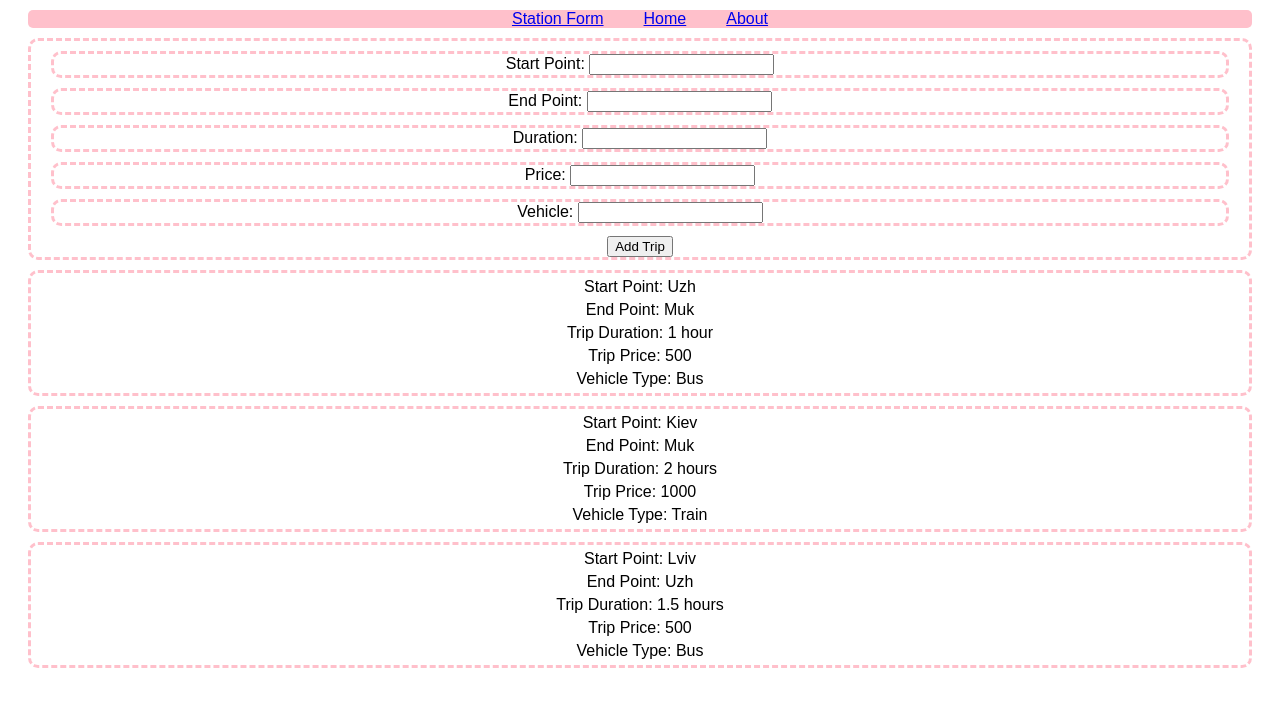
Repository: rutsguifd/mkr2
Page: /#/station-form
An editor plug-in stored every save of this project. The page is shown before and after the next save, followed by the edit.
The browser window is 1280 px wide. The pictures show the whole page.
The project was rebuilt for these pictures with package versions that can differ from the ones it lists, and the page was loaded fresh each time. Also part of the build but not shown: src/views/Home.vue, src/views/About.vue.

Above is the page before, as saved 2021-12-21 20:36:39.

After the next save:
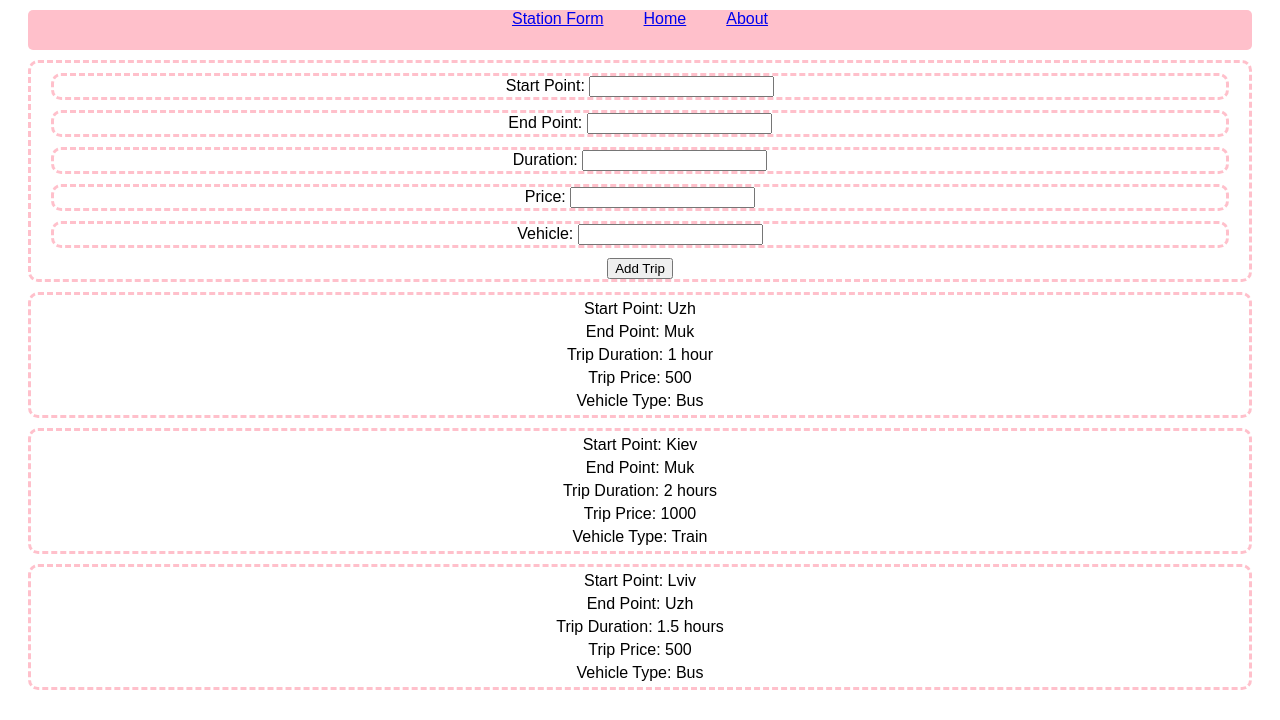
Saved 13 s later.
--- a/src/components/Header.vue
+++ b/src/components/Header.vue
@@ -12,6 +12,7 @@ export default {};
 
 <style lang="scss" scoped>
 .header{
+    height: 40px;
     text-align: center;
     margin: 10px 20px;
     background: pink;
